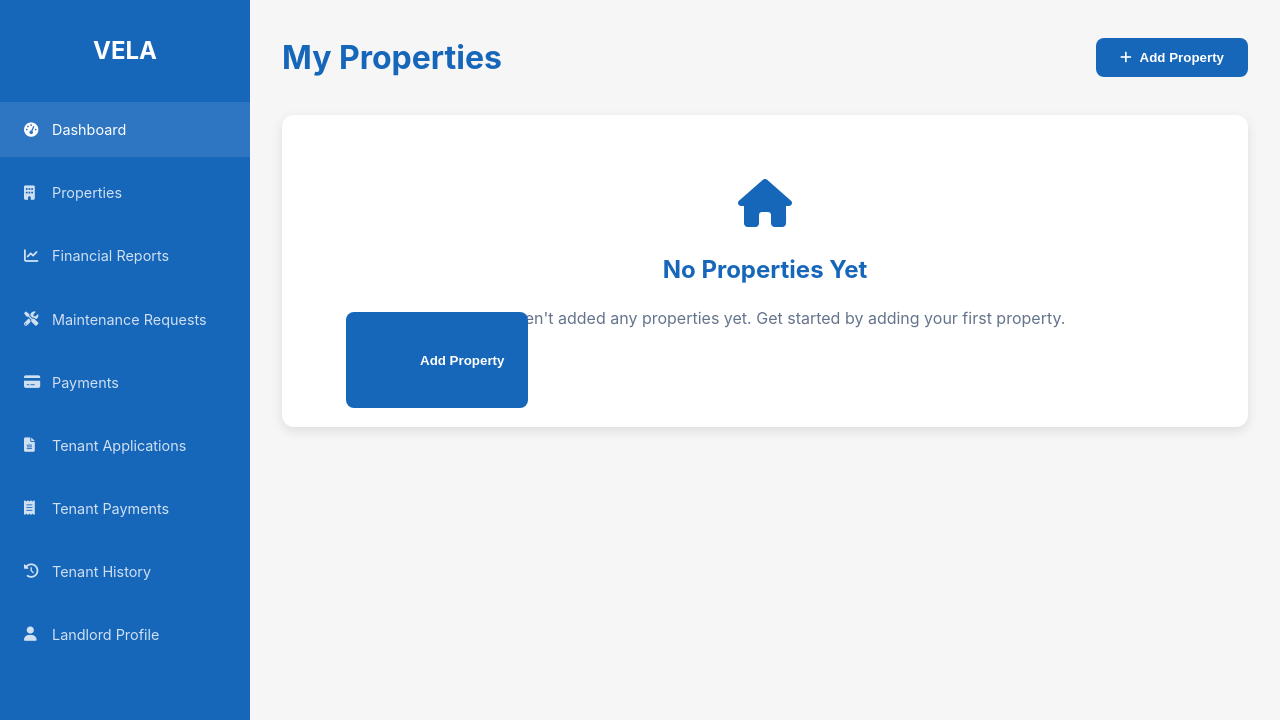
Repository: rizzerk/vela
Page: http://localhost/vela/LANDLORD/properties.php
An editor plug-in stored every save of this project. The page is shown before and after the next save, followed by the edit.
The browser window is 1280 px wide. The pictures show the whole page.
The page is run by PHP 8.4 with error messages shown; the project is at /var/www/html/. Queries for data that is not in the repository find no rows.

Above is the page before, as saved 2025-06-28 18:19:19.

After the next save:
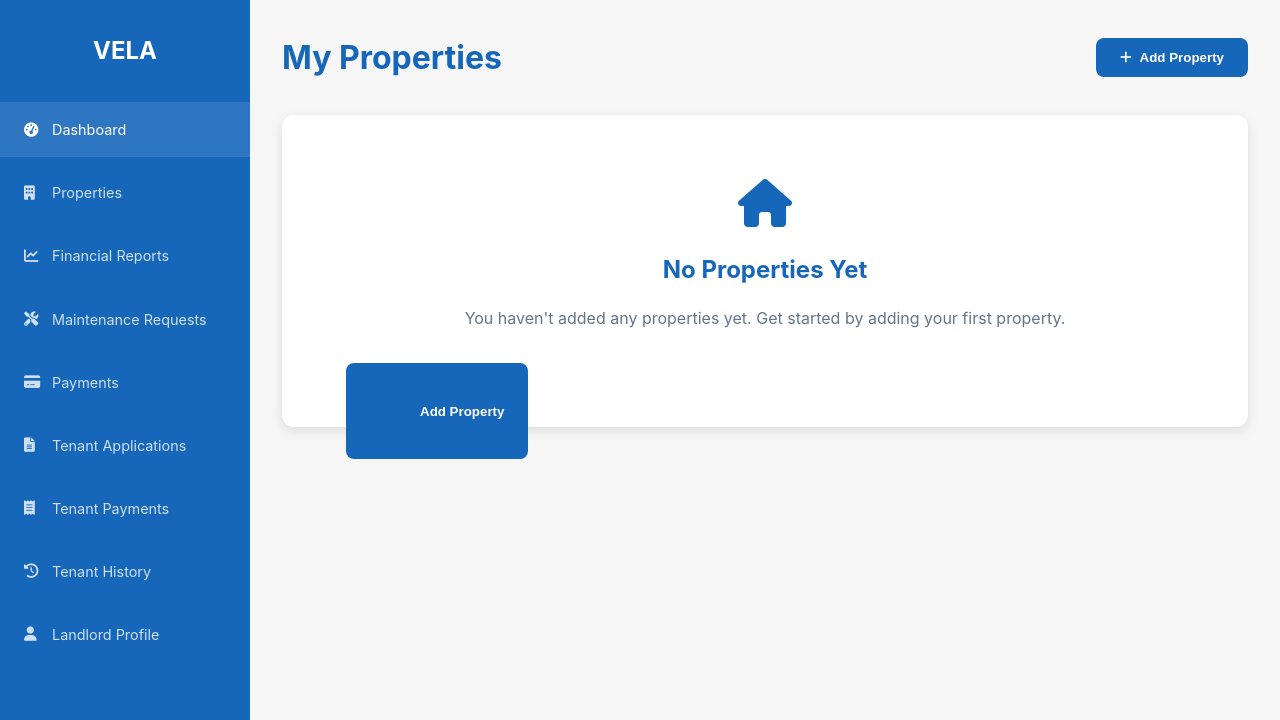
Saved 60 s later.
--- a/LANDLORD/properties.php
+++ b/LANDLORD/properties.php
@@ -262,10 +262,7 @@ $properties = mysqli_fetch_all($result, MYSQLI_ASSOC);
                 <h3>No Properties Yet</h3>
                 <p>You haven't added any properties yet. Get started by adding your first property.</p>
                 <div style="margin: 0;
-  position: absolute;
-  top: 50%;
-  -ms-transform: translateY(-50%);
-  transform: translateY(-50%);">
+  position: absolute">
                   <button class="add-property-btn" onclick="window.location.href='add-property.php'">
                       <i class="fas fa-plus"></i> Add Property
                   </button>
